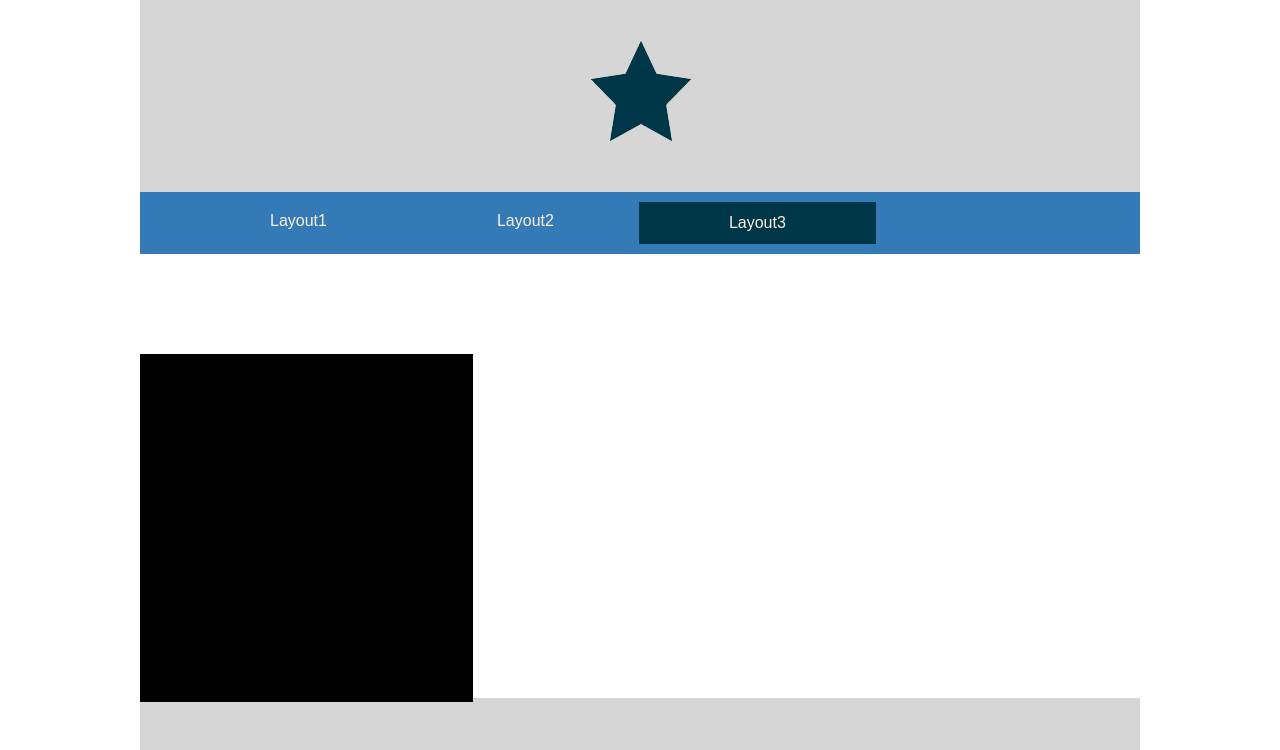
Repository: baliayassin/MyGame
Page: Documents/Aptana Studio 3 Workspace/homeWork2/layOut3.html
An editor plug-in stored every save of this project. The page is shown before and after the next save, followed by the edit.
The browser window is 1280 px wide. The pictures show the whole page.

Above is the page before, as saved 2017-12-12 09:58:09.

After the next save:
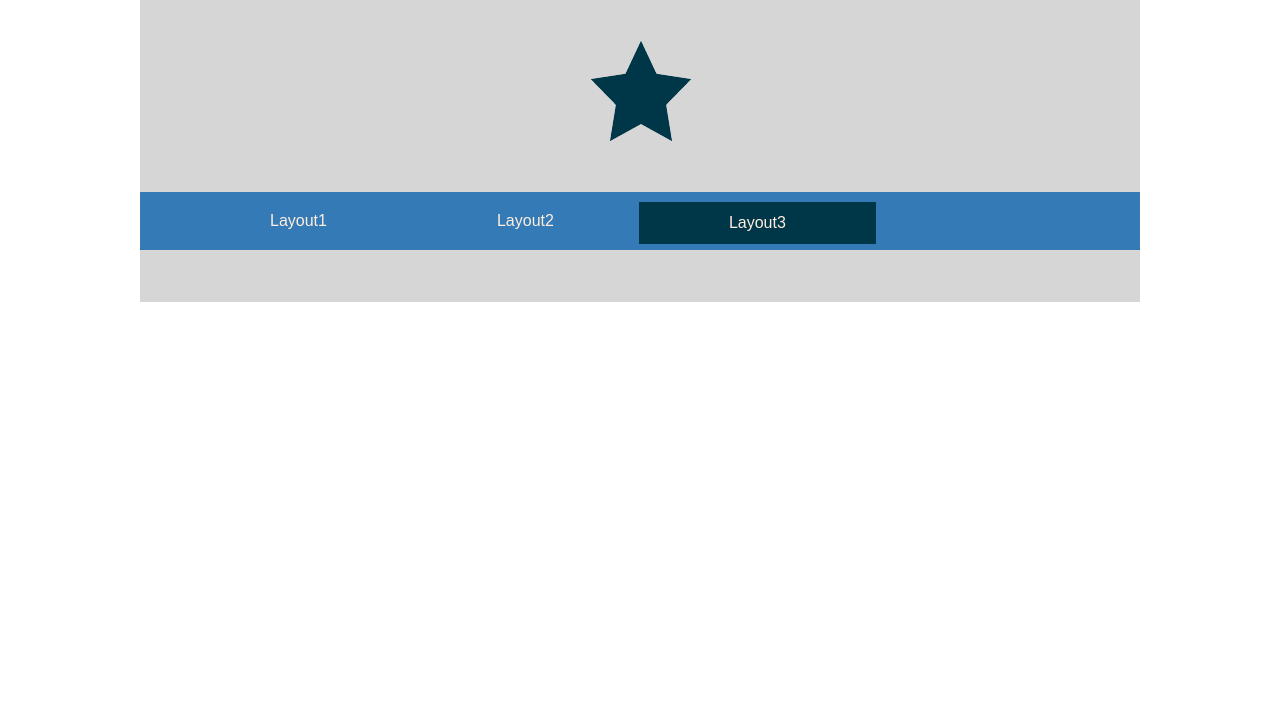
Saved 43 s later.
--- a/Documents/Aptana Studio 3 Workspace/homeWork2/includes/main.js
+++ b/Documents/Aptana Studio 3 Workspace/homeWork2/includes/main.js
@@ -4,8 +4,8 @@
 	secObj.className="square";
 	secObj.style.width="333px";
 	secObj.style.height="348px";
-	secObj.style.backgroundColor = "black";
-	mainPTR[0].appendChild(secObj);
+	//secObj.style.backgroundColor = "black";
+	//mainPTR[0].appendChild(secObj);
 
 
 	var appendDiv=function(){
@@ -18,8 +18,8 @@
 		 var newSec = document.createElement('section');
 
          newDiv.className = secObj.className;
-         document.getElementsByTagName('main').appendChild(secObj);
-
+         //document.getElementsByTagName('main').appendChild(secObj);
+                mainPTR[0].appendChild(secObj);
 	}
 
 		//secObj.addEventListener('click',star);
